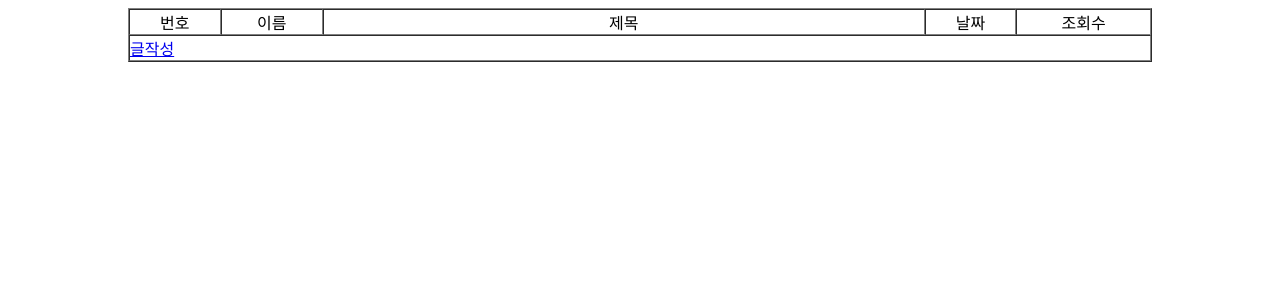
Repository: sithslord/GameWiki
Page: http://localhost/JSPBoard/FreeBoard/list.do
The author's editor kept a copy of each file at every save. The page is drawn from the files as they stood at one save, then again after the next save.
The browser window is 1280 px wide. The pictures show the whole page.
The page is served by Tomcat 9. Other server files are loaded and not shown.

Above is the page before, as saved 2018-01-15 07:46:14.

### ReWork/JSPBoard/WebContent/FreeBoard/list.jsp
<%@ page language="java" contentType="text/html; charset=EUC-KR"
    pageEncoding="EUC-KR"%>
<%@ taglib prefix="c" uri="http://java.sun.com/jsp/jstl/core" %>
<%-- JSTL 사용설정 --%>

<!DOCTYPE html PUBLIC "-//W3C//DTD HTML 4.01 Transitional//EN" "http://www.w3.org/TR/html4/loose.dtd">
<html>
<head>
<meta http-equiv="Content-Type" content="text/html; charset=EUC-KR">
<title>자유게시판</title>
</head>
<body>

	<table width="1024" cellpadding = "0" cellspacing = "0" border = "1" align="center">
		<tr align="center">
			<td>번호</td>
			<td width="100">이름</td>
			<td width="600">제목</td>
			<td>날짜</td>
			<td>조회수</td>
		</tr>
	<c:forEach items="${bdlist }" var="dto">
		<tr>
			<td align="center">${dto.bId }</td>
			<td>${dto.bName }</td>
			<td>
			<c:forEach begin="1" end="${dto.bIndent }">-</c:forEach>
			<a href="content_view.do?bId=${dto.bId }">${dto.bTitle }</a>
			</td>
			<td>${dto.bDate }</td>
			<td align="center">${dto.bHit }</td>
		</tr>
	</c:forEach>
	<tr>
		<td colspan="5"><a href="write_view.do">글작성</a></td>
	</tr>
	</table>

</body>
</html>

### ReWork/JSPBoard/src/com/sosks1313/controller/MainController.java
package com.sosks1313.controller;

import java.io.IOException;

import javax.servlet.RequestDispatcher;
import javax.servlet.ServletException;
import javax.servlet.annotation.WebServlet;
import javax.servlet.http.HttpServlet;
import javax.servlet.http.HttpServletRequest;
import javax.servlet.http.HttpServletResponse;

import com.sosks1313.command.BBoardViewCommand;
import com.sosks1313.command.BBoardWelcomeCommand;
import com.sosks1313.command.BCommand;
import com.sosks1313.command.BContentCommand;
import com.sosks1313.command.BDeleteBoardCommand;
import com.sosks1313.command.BDeleteBoardConfirm;
import com.sosks1313.command.BDeleteCommand;
import com.sosks1313.command.BDeleteMenuCommand;
import com.sosks1313.command.BListCommand;
import com.sosks1313.command.BMakeMenuCommand;
import com.sosks1313.command.BModifyCommand;
import com.sosks1313.command.BModifyComplete;
import com.sosks1313.command.BModifyMenuContentCommand;
import com.sosks1313.command.BModifyMenuContentComplete;
import com.sosks1313.command.BModifyWelcomeCommand;
import com.sosks1313.command.BModifyWelcomeComplete;
import com.sosks1313.command.BNewsCommand;
import com.sosks1313.command.BViewFreeBoardCommand;
import com.sosks1313.command.BViewMenuCommand;
import com.sosks1313.command.BViewMenuContentCommand;
import com.sosks1313.command.BWriteCommand;
import com.sosks1313.command.BWriteViewCommand;

/**
 * Servlet implementation class MainController
 */
@WebServlet("*.do")
//매핑
public class MainController extends HttpServlet {
	private static final long serialVersionUID = 1L;

    /**
     * @see HttpServlet#HttpServlet()
     */
    public MainController() {
        super();
        // TODO Auto-generated constructor stub
    }

	/**
	 * @see HttpServlet#doGet(HttpServletRequest request, HttpServletResponse response)
	 */
	protected void doGet(HttpServletRequest request, HttpServletResponse response) throws ServletException, IOException {
		// TODO Auto-generated method stub
		actionDo(request, response);
	}

	/**
	 * @see HttpServlet#doPost(HttpServletRequest request, HttpServletResponse response)
	 */
	protected void doPost(HttpServletRequest request, HttpServletResponse response) throws ServletException, IOException {
		request.setCharacterEncoding("EUC-KR");
		actionDo(request, response);
	}

	protected void actionDo(HttpServletRequest request, HttpServletResponse response) throws ServletException, IOException {

		request.setCharacterEncoding("EUC-KR");

		String viewPage = null;
		BCommand command = null;

		String uri = request.getRequestURI(); //파일 경로까지의 패스를 가져옴
		System.out.println("URI: " + uri);

		String[] arrURI = uri.split("/"); //uri의 경로에서 / 마다 나눠서 배열에 넣음

		String comm = arrURI[arrURI.length-1]; //uri의 마지막 경로를 comm에 저장

		if(comm.equals("list.do")) { //list.do 요청시

			command = new BListCommand();
			command.execute(request, response);

			viewPage = "list.jsp";

		}else if(comm.equals("write_view.do")){ //글작성 선택시 글작성 페이지로 이동
			command = new BWriteViewCommand();
			command.execute(request, response);

			viewPage="/FreeBoard/write_view.jsp";

		}else if(comm.equals("write.do")){ //글작성 페이지에서 입력을 눌렸을때

			command = new BWriteCommand();
			command.execute(request, response);

			viewPage = "viewfreeboard.do"; //목록으로 돌아온다

		}else if(comm.equals("content_view.do")) {
			command = new BContentCommand();
			command.execute(request, response);

			viewPage = "/FreeBoard/content_view.jsp";

		}else if(comm.equals("modify.do")){

			command = new BModifyCommand();
			command.execute(request, response);


			viewPage = "/FreeBoard/modify.jsp";

		}else if(comm.equals("modifyComplete.do")) {

			command = new BModifyComplete();
			command.execute(request, response);

			viewPage = "/FreeBoard/viewfreeboard.do";
		}else if(comm.equals("delete.do")) {

			command = new BDeleteCommand();
			command.execute(request, response);

			viewPage = "/FreeBoard/delete_complete.jsp";
		}else if(comm.equals("main.do")) {
			command = new BNewsCommand();
			command.execute(request, response);

			viewPage = "/MainPage/Main.jsp";
		}else if(comm.equals("makeboard.do")) {
			viewPage = "/BoardPage/NewBoardMake.jsp";
		}else if(comm.equals("board_view.do")){
			command = new BBoardViewCommand();
			command.execute(request, response);

			viewPage = "/BoardPage/BoardMain.jsp";
		}else if(comm.equals("viewfreeboard.do")) {
			command = new BViewFreeBoardCommand();
			command.execute(request, response);

			viewPage = "/FreeBoard/list.jsp";
		}else if(comm.equals("viewmenu.do")) {
			command = new BViewMenuCommand();
			command.execute(request, response);

			viewPage = "/BoardPage/MenuMake.jsp";
		}else if(comm.equals("deleteboard.do")) {
			command = new BDeleteBoardCommand();
			command.execute(request, response);

			viewPage = "main.do";
		}else if(comm.equals("deletecheck.do")) {
			command = new BDeleteBoardConfirm();
			command.execute(request, response);

			viewPage = "/BoardPage/DeleteBoard.jsp";
		}else if(comm.equals("makemenu.do")) {
			command = new BMakeMenuCommand();
			command.execute(request, response);

			viewPage = "viewmenu.do";
		}else if(comm.equals("menudelete.do")) {

			command = new BDeleteMenuCommand();
			command.execute(request, response);

			viewPage="viewmenu.do";
		}else if(comm.equals("viewMenuContent.do")) {
			command = new BViewMenuContentCommand();
			command.execute(request, response);

			viewPage="/BoardPage/MenuContent.jsp";
		}else if(comm.equals("modifyMenuContent.do")) {
			command = new BModifyMenuContentCommand();
			command.execute(request, response);

			viewPage="/BoardPage/WriteBoard.jsp";
		}else if(comm.equals("compModifyMenuContent.do")) {

			command = new BModifyMenuContentComplete();
			command.execute(request, response);

			viewPage="viewMenuContent.do";
		}else if(comm.equals("welcome.do")) {
			command = new BBoardWelcomeCommand();
			command.execute(request, response);

			viewPage="/BoardPage/WelcomePage.jsp";
		}else if(comm.equals("modifyWelcome.do")) {
			command = new BModifyWelcomeCommand();
			command.execute(request, response);

			viewPage="/BoardPage/ModifyWelcomePage.jsp";

		}else if(comm.equals("compModifyWelcome.do")) {
			command = new BModifyWelcomeComplete();
			command.execute(request, response);

			viewPage="welcome.do";

		}



		RequestDispatcher dispatcher = request.getRequestDispatcher(viewPage);  //requestdispatcher = request에 담겨있는 정보를 다른 jsp의 리스폰스에 전달 할 수 있다.
		dispatcher.forward(request, response);



	}

}

### ReWork/JSPBoard/src/com/sosks1313/command/BListCommand.java
package com.sosks1313.command;

import java.util.ArrayList;

import javax.servlet.http.HttpServletRequest;
import javax.servlet.http.HttpServletResponse;

import com.sosks1313.dao.bDao;
import com.sosks1313.dto.BDto;

public class BListCommand implements BCommand{

	@Override
	public void execute(HttpServletRequest request, HttpServletResponse response) {
		/*
		bDao dao = new bDao(); // bDao 생성
		ArrayList<BDto> dtos = dao.lists(); //bDao에 있는 list()메소드 사용 후 배열 dtos에 넣는다

		request.setAttribute("list", dtos); //리퀘스트의 list의 속성값을 dtos로 저장
*/
	}

}

After the next save:
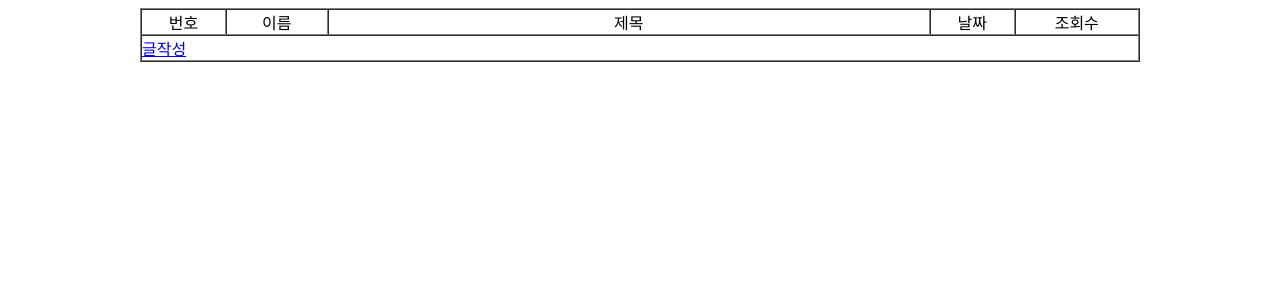
Saved 32 s later.
--- a/ReWork/JSPBoard/WebContent/FreeBoard/list.jsp
+++ b/ReWork/JSPBoard/WebContent/FreeBoard/list.jsp
@@ -11,7 +11,7 @@
 </head>
 <body>
 
-	<table width="1024" cellpadding = "0" cellspacing = "0" border = "1" align="center">
+	<table width="1000" cellpadding = "0" cellspacing = "0" border = "1" align="center">
 		<tr align="center">
 			<td>번호</td>
 			<td width="100">이름</td>
